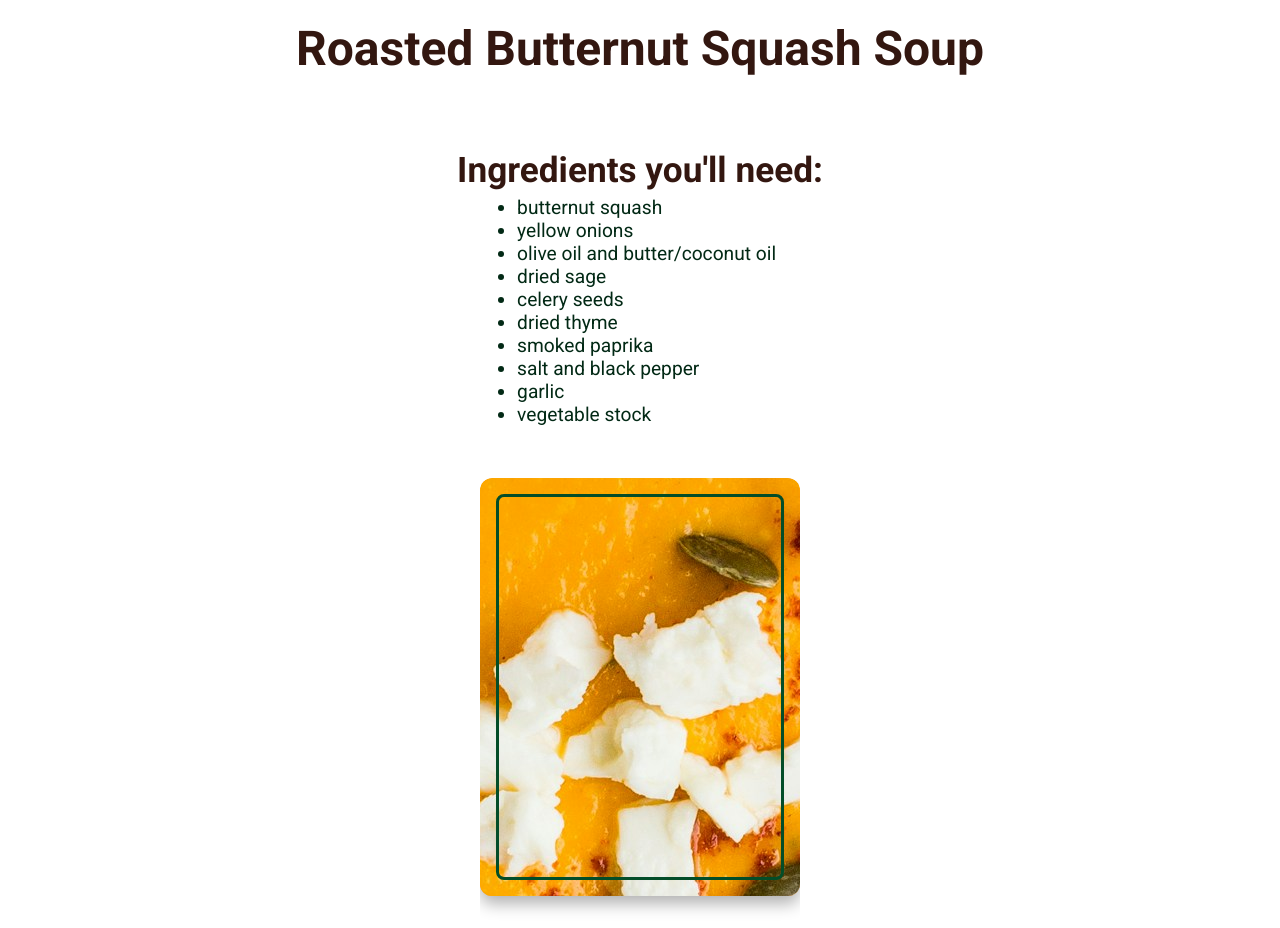
Repository: IDMX225/css-card-flip-LyssaMA
Page: src/index.html
An editor plug-in stored every save of this project. The page is shown before and after the next save, followed by the edit.
The browser window is 1280 px wide. The pictures show the whole page.
The style sheet was rebuilt from its Sass, Less or Tailwind sources for each picture, by a compiler version that may differ from the author's.

Above is the page before, as saved 2024-11-12 21:37:37.
Not found: src/js/index.js

### src/index.html
<!DOCTYPE html>
<html lang="en">

<head>
  <meta charset="UTF-8">
  <meta name="viewport" content="width=device-width, initial-scale=1.0">
  <meta name="description" content="A modern CSS page">
  <meta name="generator" content="Eleventy v1.2">
  <title>Recipe</title>
  <link rel="shortcut icon" href="images/squash.png" type="image/png">
  <link rel="stylesheet" href="css/main.css">
</head>

<body>
  <!-- Title above the card -->
  <div class="title-above-card">Roasted Butternut Squash Soup</div>

  <!-- Ingredients Section -->
  <div class="ingredients">
    <div class="ingredients-heading">Ingredients you'll need:</div>
    <ul class="ingredients-list">
      <li>butternut squash</li>
      <li>yellow onions</li>
      <li>olive oil and butter/coconut oil</li>
      <li>dried sage</li>
      <li>celery seeds</li>
      <li>dried thyme</li>
      <li>smoked paprika</li>
      <li>salt and black pepper</li>
      <li>garlic</li>
      <li>vegetable stock</li>
    </ul>
  </div>

  <!-- The Card with the Recipe Title inside -->
  <div class="card">
    <div class="card__content">
      <div class="card__front">
        <!-- Adding image with 70% transparency -->
        <img src="images/squashsoup.jpg" alt="Roasted Butternut Squash Soup" class="card__image">
        <h3 class="card__title">Roasted Butternut Squash Soup</h3>
        <p class="card__subtitle">Vegetarian Friendly</p>
      </div>

      <div class="card__back">
        <p class="card__body">To roast the squash, simply place the seasoned squash onto two large baking sheets lined
          with aluminum foil for easy cleanup. Roast in the oven for 45 minutes at 400°F.
          There's no need to flip over the squash halfway through roasting. Just let it go for 45 minutes and that's it!
          Enjoy!</p>
      </div>
    </div>
  </div>

  <script src="js/index.js"></script>
</body>

</html>

### src/sass/main.scss
/* Import Google Fonts */
@import url('https://fonts.googleapis.com/css2?family=Roboto:wght@400;700&display=swap');

:root {
  --level-three: translateZ(9rem);
  --fw-normal: 400;
  --fw-bold: 700;
  --clr: #f59e42; /* Squash Soup Orange */
  --clr-dark: #331710; /* Dark brown for the card back */
  --font-family: 'Roboto', sans-serif;
}

*,
*::before,
*::after {
  box-sizing: border-box;
  margin: 0;
}

body {
  font-family: var(--font-family);
  height: 100vh;
  display: grid;
  place-items: center;
  padding: 20px;
}

/* Title Above the Card */
.title-above-card {
  font-family: var(--font-family);
  font-size: 3rem;
  font-weight: var(--fw-bold);
  text-align: center;
  margin-bottom: 1.5em;
  color: #331710;
}

/* Ingredients Section */
.ingredients {
  text-align: center;
  margin-bottom: 2em;
}

.ingredients-heading {
  font-family: var(--font-family);
  font-size: 2.2rem;
  font-weight: var(--fw-bold);
  color: #331710;
  margin-bottom: 5px;
}

.ingredients-list {
  text-align: left;
  font-family: var(--font-family);
  font-size: 1.2rem;
  color: #022915; /* Dark green color */
  list-style-type: disc;
  margin-left: 20px;
}

/* Card Container */
.card {
  width: 320px;
  height: 450px;
  perspective: 1000px;
  border-radius: 12px;
  overflow: hidden;
  padding-bottom: 2em;
  display: flex;
  flex-direction: column;
  position: relative;
  margin-top: 20px;
}

/* Card Content */
.card__content {
  position: relative;
  width: 100%;
  height: 100%;
  transform-style: preserve-3d;
  transition: transform 0.6s;
}

.card:hover .card__content {
  transform: rotateY(180deg);
}

/* Front and Back of the Card */
.card__front,
.card__back {
  position: absolute;
  top: 0;
  left: 0;
  right: 0;
  bottom: 0;
  backface-visibility: hidden;
  display: flex;
  justify-content: center;
  align-items: center;
  border-radius: 12px;
  box-sizing: border-box;
  width: 100%;
  height: 100%;
}

/* Front of the Card */
.card__front {
  background-color: var(--clr);
  color: #034d28;
  padding: 1.5em;
  border-radius: 12px;
  box-shadow: 0 8px 16px rgba(0, 0, 0, 0.3);
  position: relative;
  display: flex;
  flex-direction: column; /* Stack elements vertically */
  justify-content: center; /* Center content vertically */
  align-items: center; /* Center content horizontally */
  text-align: center;
  z-index: 1;
  width: 100%;
  height: 100%;
  overflow: hidden;
}
/* Border on the Front */
.card__front::before {
  content: '';
  position: absolute;
  top: 1em;
  bottom: 1em;
  left: 1em;
  right: 1em;
  border: 3px solid currentColor;
  border-radius: 8px;
  pointer-events: none;
}

/* Title on Card Front */
.card__title {
  font-family: var(--font-family);
  font-size: 2.4rem; /* Larger title size */
  font-weight: var(--fw-bold);
  text-transform: uppercase;
  color: #331710;
  box-shadow: 0 0 8px rgba(0, 0, 0, 0.5);
  padding: 1em;
  text-align: center;
  position: relative;
  z-index: 2;
  width: 80%; /* Limit the width to ensure it's centered */
  margin-bottom: 0.5em;
  box-sizing: border-box;
  overflow: hidden;
}
/* Subtitle on Card */
.card__subtitle {
  font-family: var(--font-family);
  font-size: 1.2rem;
  font-weight: var(--fw-normal);
  text-align: center;
  margin-top: 0; /* Remove any extra margin */
  width: 80%; /* Ensure subtitle width matches the title width */
  box-sizing: border-box;
}

/* Back of the Card */
.card__back {
  background: var(--clr-dark);
  color: #f7d07d;
  transform: rotateY(180deg);
  border-radius: 12px;
  padding: 2em;
  box-sizing: border-box;
  justify-content: center;
  align-items: center;
  text-align: center;
  z-index: 1;
  overflow: hidden;
}

.card__body {
  font-family: var(--font-family);
  font-size: 1.25rem;
  line-height: 1.5;
  text-align: center;
  max-width: 90%;
  box-sizing: border-box;
  padding: 1em;
}

After the next save:
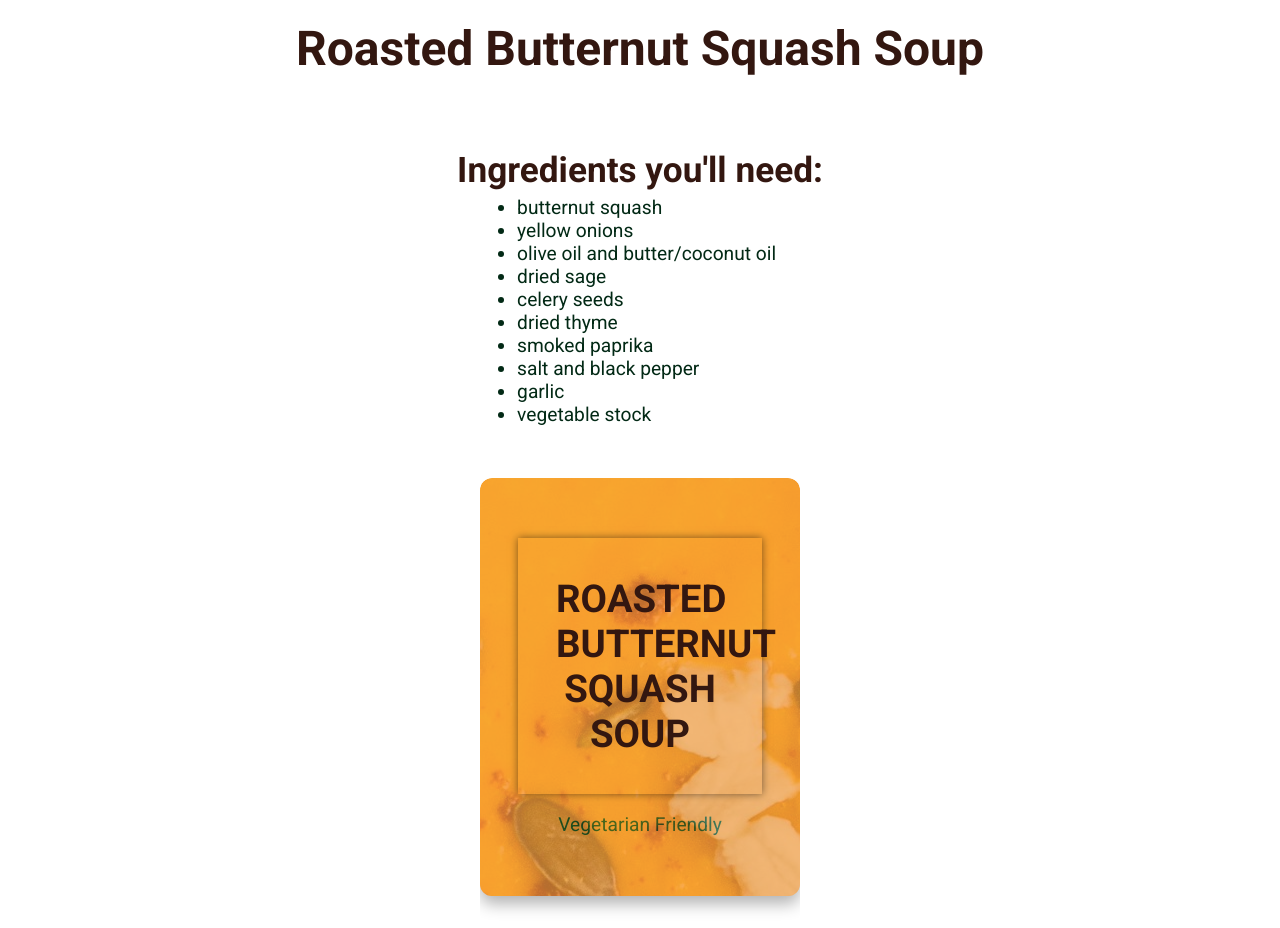
Saved 14 s later.
--- a/src/sass/main.scss
+++ b/src/sass/main.scss
@@ -112,26 +112,24 @@ body {
   box-shadow: 0 8px 16px rgba(0, 0, 0, 0.3);
   position: relative;
   display: flex;
-  flex-direction: column; /* Stack elements vertically */
-  justify-content: center; /* Center content vertically */
-  align-items: center; /* Center content horizontally */
+  flex-direction: column;
+  justify-content: center;
+  align-items: center;
   text-align: center;
   z-index: 1;
-  width: 100%;
-  height: 100%;
   overflow: hidden;
 }
-/* Border on the Front */
-.card__front::before {
-  content: '';
+
+/* Image on the Front of the Card */
+.card__image {
   position: absolute;
-  top: 1em;
-  bottom: 1em;
-  left: 1em;
-  right: 1em;
-  border: 3px solid currentColor;
-  border-radius: 8px;
-  pointer-events: none;
+  top: 0;
+  left: 0;
+  right: 0;
+  bottom: 0;
+  object-fit: cover;
+  opacity: 0.3; /* 70% transparent */
+  z-index: 0; /* Ensures image is behind text */
 }
 
 /* Title on Card Front */
@@ -145,20 +143,20 @@ body {
   padding: 1em;
   text-align: center;
   position: relative;
-  z-index: 2;
-  width: 80%; /* Limit the width to ensure it's centered */
+  z-index: 2; /* Ensures title is on top of the image */
+  width: 90%;
+  box-sizing: border-box;
   margin-bottom: 0.5em;
-  box-sizing: border-box;
-  overflow: hidden;
 }
+
 /* Subtitle on Card */
 .card__subtitle {
   font-family: var(--font-family);
   font-size: 1.2rem;
   font-weight: var(--fw-normal);
   text-align: center;
-  margin-top: 0; /* Remove any extra margin */
-  width: 80%; /* Ensure subtitle width matches the title width */
+  margin-top: 0;
+  width: 90%;
   box-sizing: border-box;
 }
 
